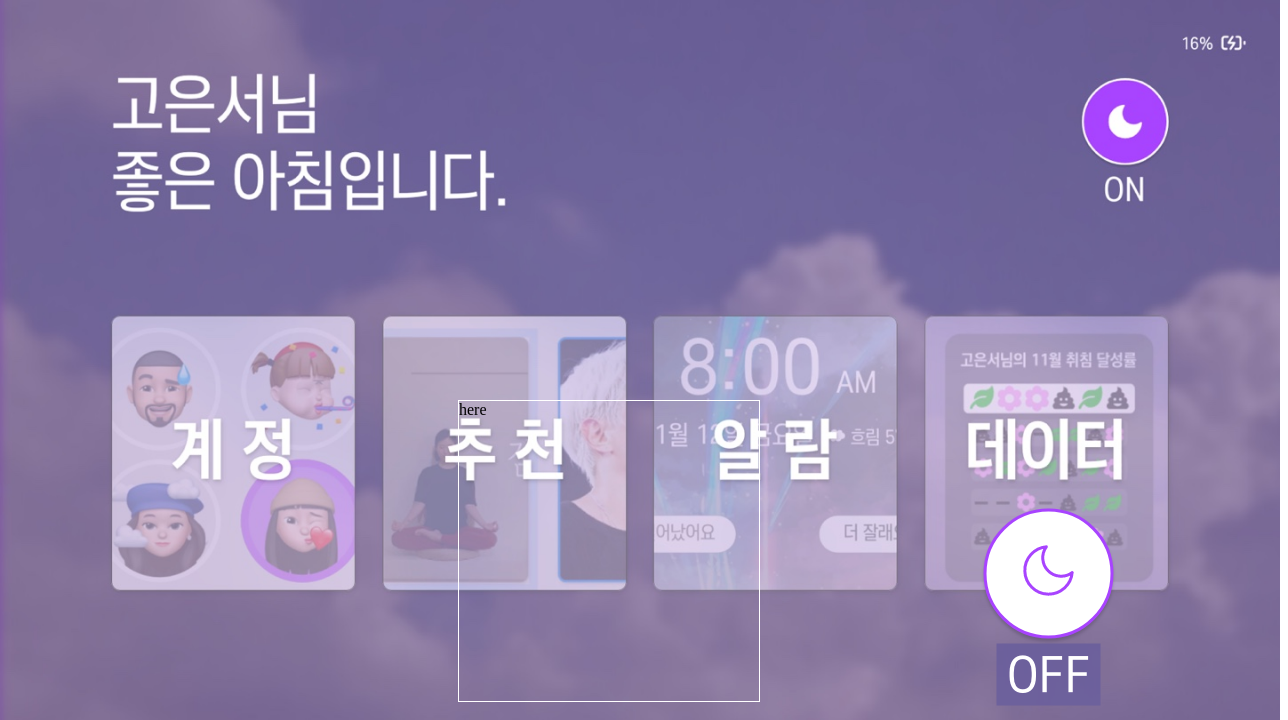
Repository: meanz1/SE_SleepWithMe
Page: SmartTVWorkspace/testapp/button.html
An editor plug-in stored every save of this project. The page is shown before and after the next save, followed by the edit.
The browser window is 1280 px wide. The page is 1288 px wide, so the pictures cover 1288 px, including what lies to the right of the window. The pictures show the whole page.

Above is the page before, as saved 2021-11-18 07:40:26.

After the next save:
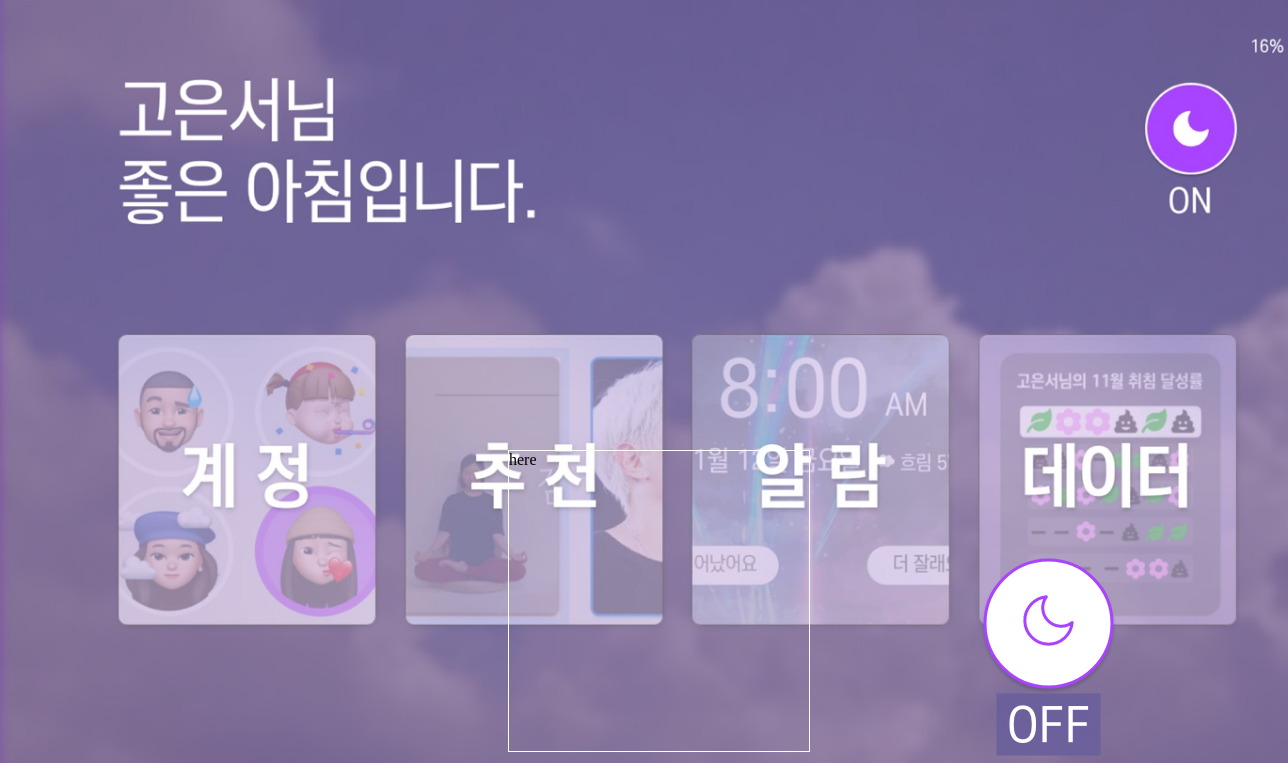
Saved 35 s later.
--- a/SmartTVWorkspace/testapp/button.html
+++ b/SmartTVWorkspace/testapp/button.html
@@ -25,8 +25,8 @@
     	width: 300px;
     	height: 300px;
     	border: 1px solid white;
-    	margin-left: 450px;
-    	margin-top: 400px;
+    	margin-left: 500px;
+    	margin-top: 450px;
     }
 </style>
 <script type="text/javascript">
